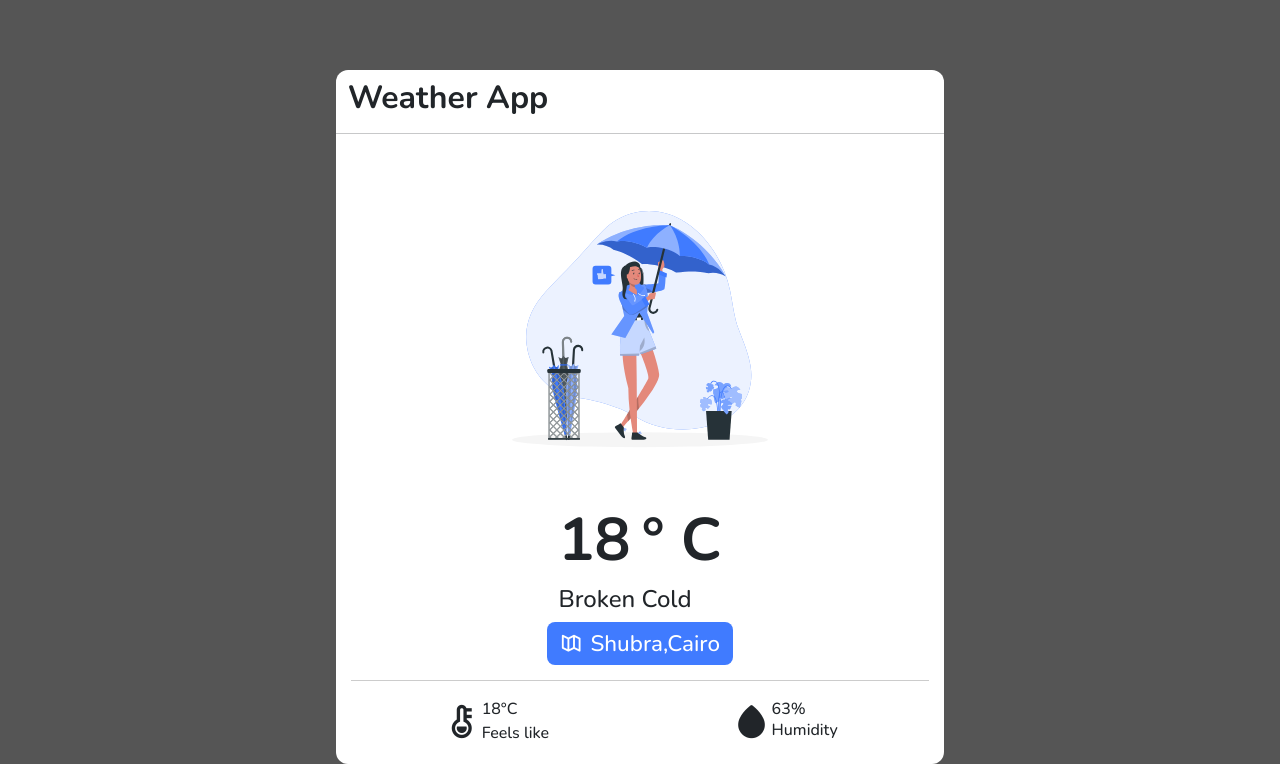
Repository: youssef168/Weather-App
Page: index.htm
An editor plug-in stored every save of this project. The page is shown before and after the next save, followed by the edit.
The browser window is 1280 px wide. The pictures show the whole page.

Above is the page before, as saved 2021-12-28 20:53:38.

After the next save:
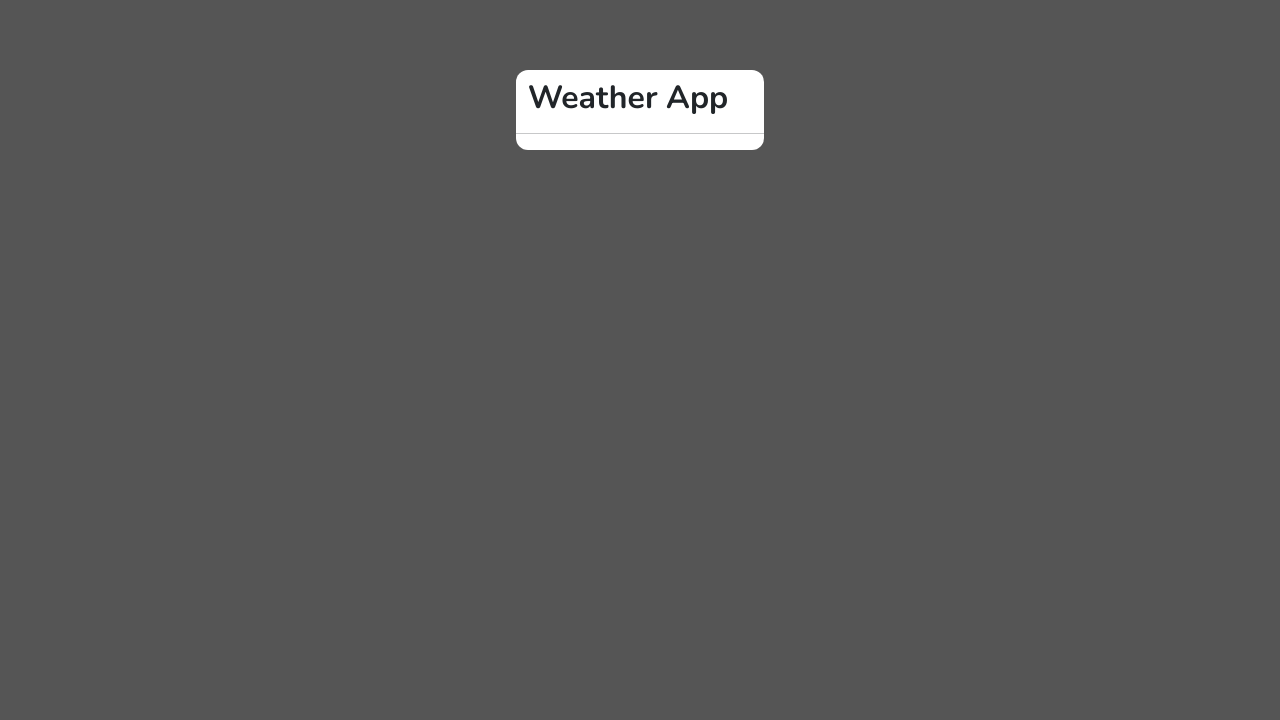
Saved 6 s later.
--- a/index.htm
+++ b/index.htm
@@ -18,7 +18,7 @@
         <div class='row super'>
             <h2>Weather App</h2>
             <hr>
-          <div class='col active'>
+          <div class='col '>
               <div class="wearher-img">
                   <img class="w-100" src="./Umbrella-rafiki.svg" alt="">
               </div>
